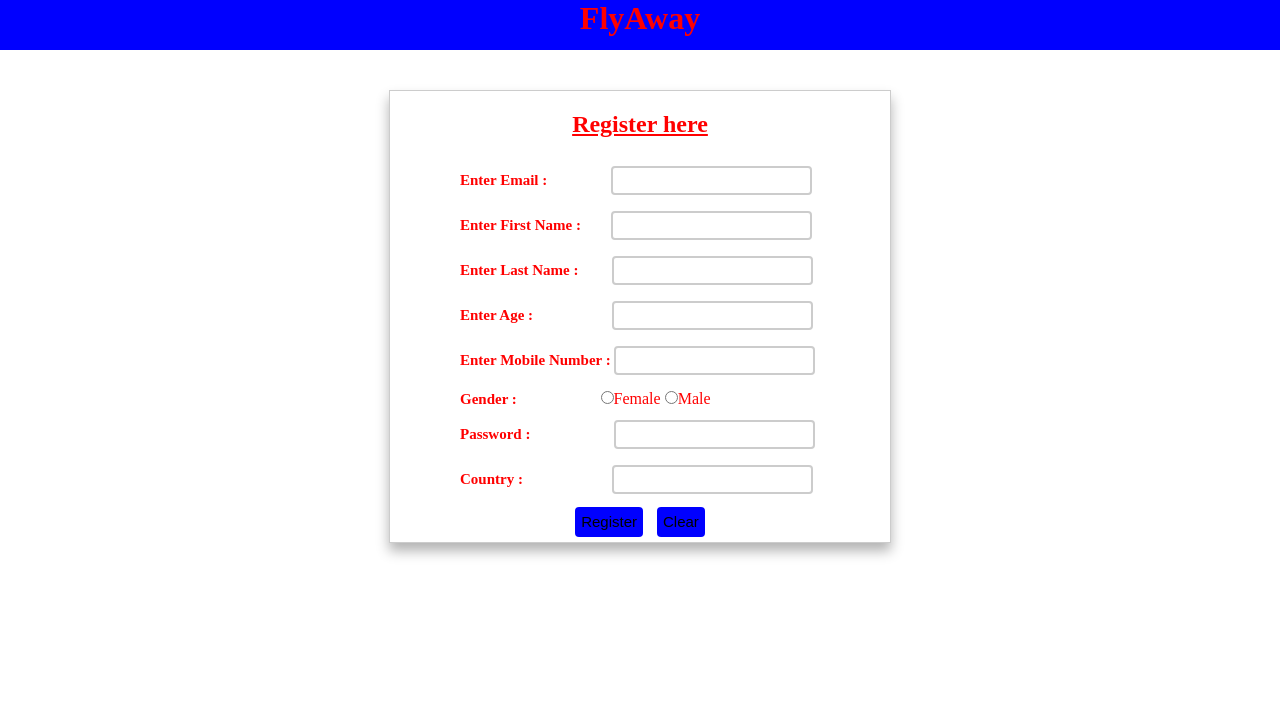
Repository: KartikMuchakandimath/Flyaway
Page: http://localhost/FlayAway/
These files come from the project's save history. The page is drawn as it stood at one moment and after the next save; the edit follows.
The browser window is 1280 px wide. The pictures show the whole page.
The page is served by Tomcat 9.

Above is the page before, as saved 2022-04-22 19:47:48.

After the next save:
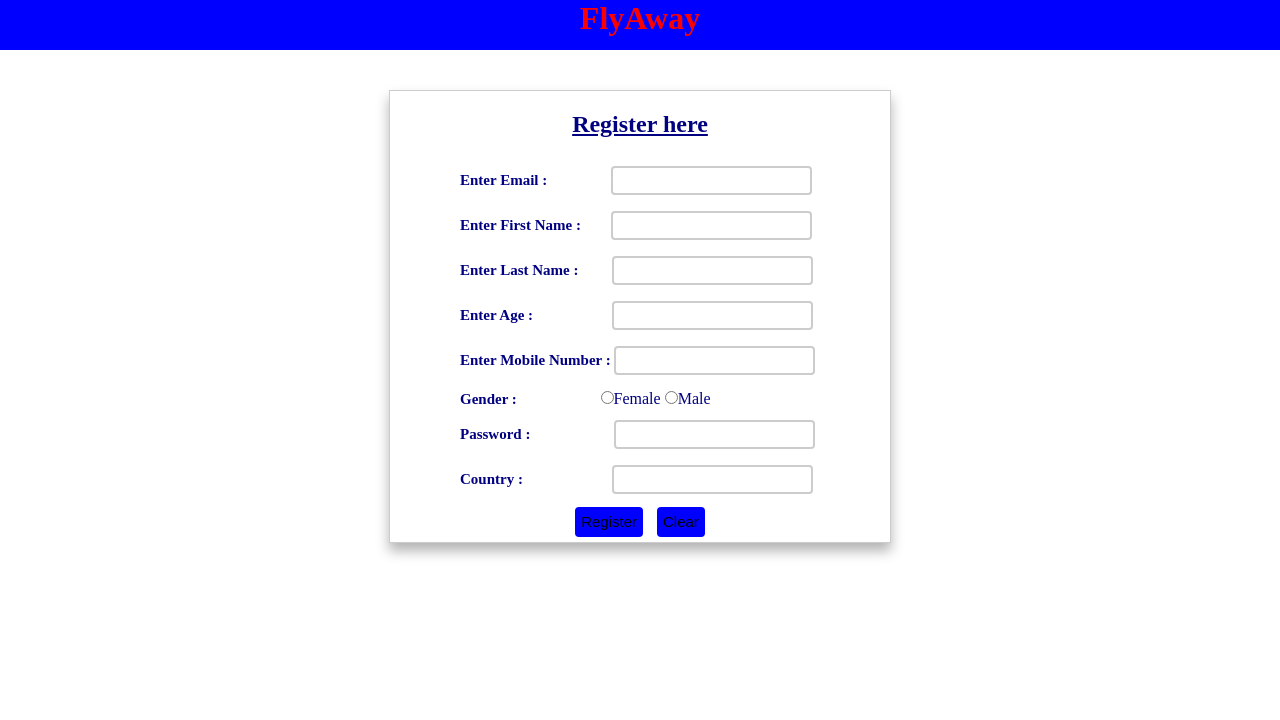
Saved 32 s later.
--- a/FlayAway/src/main/webapp/Registration.jsp
+++ b/FlayAway/src/main/webapp/Registration.jsp
@@ -24,7 +24,7 @@ h1{
 .register-box{
 	margin :auto;
 	margin-top : 40px;
-	color: #FF0000;
+	color: 	#000080;
 	width : 500px;
 	border : 1px solid #ccc;
 	box-shadow : 0 8px 12px 0px rgba(0,0,0,0.3);

After the save that followed:
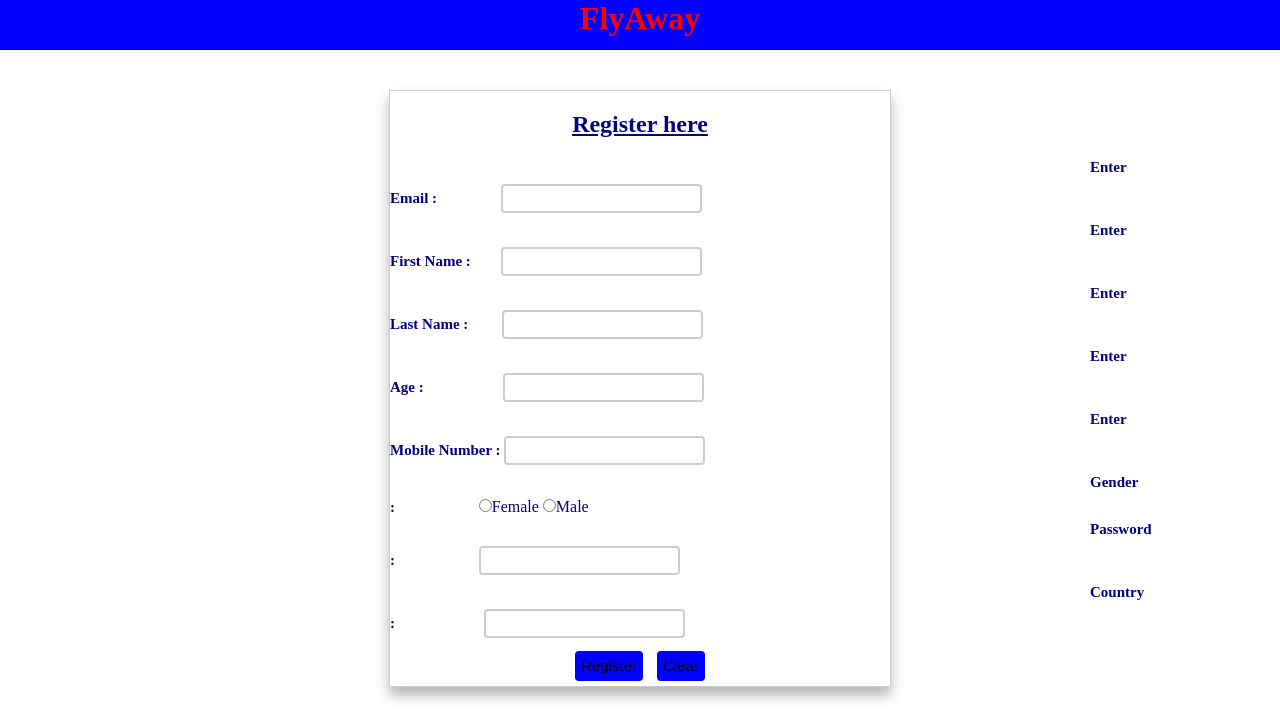
Saved 39 s later.
--- a/FlayAway/src/main/webapp/Registration.jsp
+++ b/FlayAway/src/main/webapp/Registration.jsp
@@ -32,7 +32,7 @@ h1{
 }
 label{
 	font-weight : bold;
-	padding-left: 70px ;
+	padding-left: 700px ;
 	font-size: 15px;
 
 }
